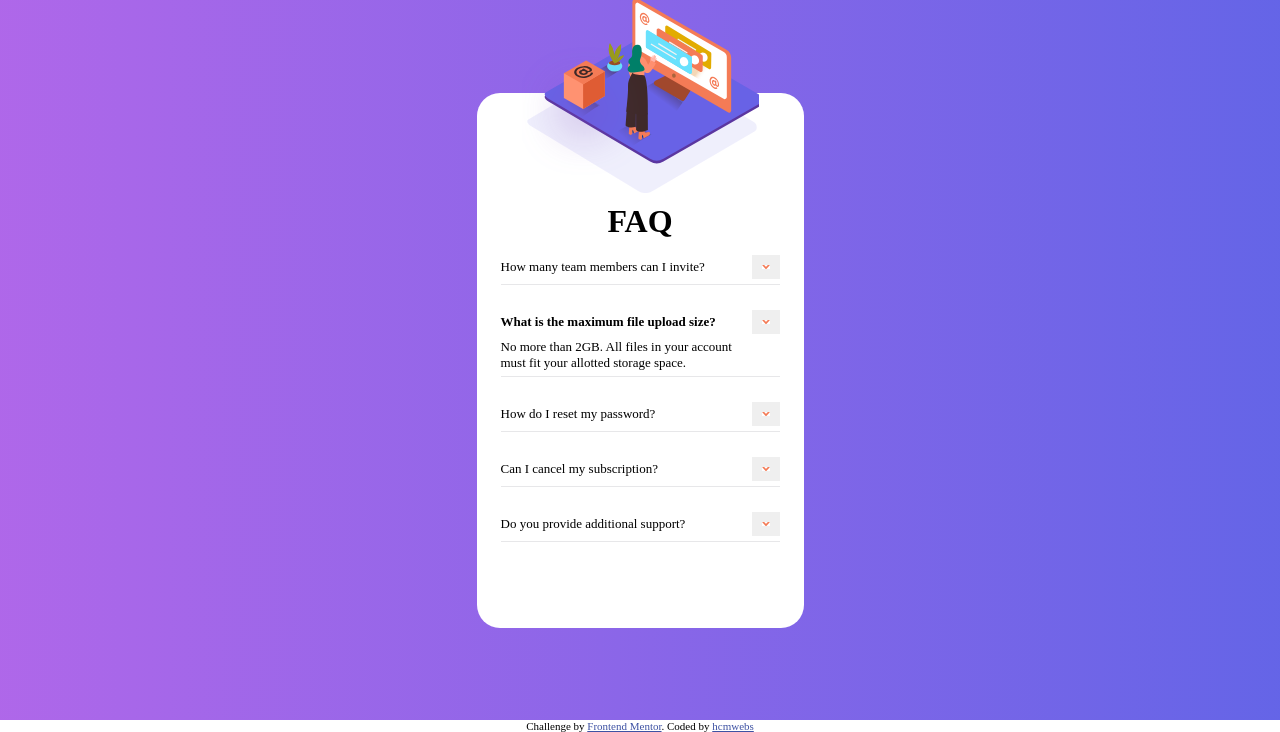
Repository: Hcmwebs/faq-accordion-card
Page: index.html
These files come from the project's save history. The page is drawn as it stood at one moment and after the next save; the edit follows.
The browser window is 1280 px wide. The pictures show the whole page.
The style sheet was rebuilt from its Sass, Less or Tailwind sources for each picture, by a compiler version that may differ from the author's.

Above is the page before, as saved 2020-11-06 12:32:50.

### index.html
<!DOCTYPE html>
<html lang="en">
  <head>
    <meta charset="UTF-8" />
    <meta name="viewport" content="width=device-width, initial-scale=1.0" />
    <!-- displays site properly based on user's device -->

    <link
      rel="icon"
      type="image/png"
      sizes="32x32"
      href="./images/favicon-32x32.png"
    />
    <link rel="stylesheet" href="css/main.min.css" />

    <title>Frontend Mentor | FAQ Accordion Card</title>

    <!-- Feel free to remove these styles or customise in your own stylesheet 👍 -->
    <style>
      .attribution {
        font-size: 11px;
        text-align: center;
      }
      .attribution a {
        color: hsl(228, 45%, 44%);
      }
    </style>
  </head>
  <body>
    <div class="container">
      <div class="card">
        <div class="card__header">
          <img
            src="/images/illustration-woman-online-mobile.svg"
            alt="image of a woman online"
          />
        </div>

        <div class="card__body">
          <h1 class="card__body--title">faq</h1>
          <div class="card__body--item">
            <div class="card__body--item--title">
              <h2>How many team members can I invite?</h2>
              <button>
                <img src="/images/icon-arrow-down.svg" alt="icon-arrow-down" />
              </button>
            </div>
            <p class="d-N">
              You can invite up to 2 additional users on the Free plan.There is
              no limit on team members for the Premium plan.
            </p>
            <div class="card__body--item--divider"></div>
          </div>

          <div class="card__body--item">
            <div class="card__body--item--title">
              <h2><strong>What is the maximum file upload size?</strong></h2>
              <button>
                <img src="/images/icon-arrow-down.svg" alt="icon-arrow-down" />
              </button>
            </div>
            <p>
              No more than 2GB. All files in your account must fit your allotted
              storage space.
            </p>
            <div class="card__body--item--divider"></div>
          </div>

          <div class="card__body--item">
            <div class="card__body--item--title">
              <h2>How do I reset my password?</h2>
              <button>
                <img src="/images/icon-arrow-down.svg" alt="icon-arrow-down" />
              </button>
            </div>
            <p class="d-N">
              Click “Forgot password” from the login page or “Change password”
              from your profile page. A reset link will be emailed to you.
            </p>
            <div class="card__body--item--divider"></div>
          </div>

          <div class="card__body--item">
            <div class="card__body--item--title">
              <h2>Can I cancel my subscription?</h2>
              <button>
                <img src="/images/icon-arrow-down.svg" alt="icon-arrow-down" />
              </button>
            </div>
            <p class="d-N">
              Yes! Send us a message and we’ll process your request no questions
              asked.
            </p>
            <div class="card__body--item--divider"></div>
          </div>

          <div class="card__body--item">
            <div class="card__body--item--title">
              <h2>Do you provide additional support?</h2>
              <button>
                <img src="/images/icon-arrow-down.svg" alt="icon-arrow-down" />
              </button>
            </div>
            <p class="d-N">
              Chat and email support is available 24/7. Phone lines are open
              during normal business hours.
            </p>
            <div class="card__body--item--divider"></div>
          </div>
        </div>
      </div>
    </div>

    <div class="attribution">
      Challenge by
      <a href="https://www.frontendmentor.io?ref=challenge" target="_blank"
        >Frontend Mentor</a
      >. Coded by
      <a
        href="https://github.com/Hcmwebs/faq-accordion-card.git"
        target="_blank"
        rel="noopener noreferrer"
        >hcmwebs</a
      >
    </div>
  </body>
</html>

### scss/main.scss

// /*====fonts====*/

// @import url('https://fonts.googleapis.com/css2?family=Kumbh+Sans:wght@400;700&display=swap');

// $font-stack: 'Kumbh Sans',sans-serif;
// $font-size: 10px;
// $font-light: 400;
// $font-bold: 700;


// /*====primary color====*/
// /*====text-color====*/

// $veryDarkDesaturatedBlue: hsl(238, 29%, 16%);
// $softRed: hsl(14, 88%, 65%);

// /*====background -gradient====*/

// $gradientSoftViolet: hsl(273, 75%, 66%);
// $gradientSoftBlue: hsl(240, 73%, 65%);

// /*====Neutral color====*/
// /*====text-color====*/

// $veryDarkGrayishBlue: hsl(237, 12%, 33%);
// $darkGrayishBlue: hsl(240, 6%, 50%);

// /*====dividers-color====*/

// $dividersLightGrayishBlue: hsl(240, 5%, 91%);

@import 'variables';
@import 'mixins';


*{
  margin: 0;
  padding: 0;
  box-sizing: border-box;
}

.body{
width: 100%;
height: 100vh;
font-family: 'Kumbh Sans',sans-serif;
font-size: $font-size;
font-weight: $font-light;
@include grid($center, $center);
}

.container{
  width: 100%;
  height: 100vh;
  background: linear-gradient(90deg,$gradientSoftViolet 0%,$gradientSoftBlue 100%);
  @include flex($column, $center, $center);

  .card{
    width: 327px;
    height:535px;
    background:#fff url(/images/bg-pattern-mobile.svg) no-repeat 50px -130px;
    background-size: 230px 230px;
    border-radius:23px;
    padding: 10px;
    @include flex($column,$center,$center);
    position: relative;


    &__header{
      width: 237px;
      height: 180px;
      position: absolute;
      top: -65px;
      transform: translateY(-30px);

      img{
        width: 100%;
        height: 100%;
        object-fit: cover;
      }

    }


    &__body{
      width: 100%;
      height: 354px;
      padding:20px;
      @include grid($center,$center);
      grid-template-columns: 1fr;
      gap: 5px;


      &--title{
      font-weight: $font-bold;
      font-size: 32px;
      text-transform: uppercase;
      margin: 0 auto;
      }

      &--item{
        width: 279px;
        margin: 0 auto;
        padding: 10px;
        @include grid($center,$center);
        gap: 5px;
        cursor: pointer;
        transition: all 0.75s ease-in-out;

        &:hover{
          transform: scale(0.98);
          box-shadow: 0 2px 20px $darkGrayishBlue;
        }


        &--title{
          width: 279px;
          @include flex($row,$spaceBetween,$center);

          h2{
            font-size: 13px;
            font-weight: $font-light;
          }

          button{
            margin-left: 20px;
            padding: 10px;
            cursor: pointer;
            border: none;
            @include grid($center,$center);
            transition: all 0.75s ease-in-out;


            img{
              width: 8px;
              height: 4px;
              display: block;
              object-fit: cover;
              color:$softRed;
              background-color:#fff;

            }

          }
        }

        p{
          width: 85%;
          font-size: 13px;
        }

        &--divider{
          width: 100%;
          height: 1px;
          background-color:$dividersLightGrayishBlue;
        }
      }

    }

  }
}

.d-N {
  display:none;
}


@import 'medias';

### scss/_variables.scss
/*====fonts====*/

@import url('https://fonts.googleapis.com/css2?family=Kumbh+Sans:wght@400;700&display=swap');

$font-stack: 'Kumbh Sans',sans-serif;
$font-size: 10px;
$font-light: 400;
$font-bold: 700;


/*====primary color====*/
/*====text-color====*/

$veryDarkDesaturatedBlue: hsl(238, 29%, 16%);
$softRed: hsl(14, 88%, 65%);

/*====background -gradient====*/

$gradientSoftViolet: hsl(273, 75%, 66%) ;
$gradientSoftBlue: hsl(240, 73%, 65%);

/*====Neutral color====*/
/*====text-color====*/

$veryDarkGrayishBlue: hsl(237, 12%, 33%);
$darkGrayishBlue: hsl(240, 6%, 50%);

/*====dividers-color====*/

$dividersLightGrayishBlue: hsl(240, 5%, 91%);


/*====alignments====*/
$flexStart: flex-start;
$flexEnd: flex-End;
$center: center;
$spaceAround: space-around;
$spaceBetween: space-between;


/*====placeItems====*/

$placeItems: place-items;


/*====justify====*/

$justify: justify-content;

/*====align====*/
$align: align-items;

/*====direction====*/
$direction: flex-direction;
$row:row;
$column:column;

### scss/_mixins.scss
/*====grid====*/
@mixin grid ($justify,$align){

  display: grid;
  justify-content: $justify;
  align-items: $align;
}

@mixin flex ($direction, $justify, $align) {
  display: flex;
  flex-direction: $direction;
  justify-content: $justify;
  align-items: $align;

}

### scss/_medias.scss
/*====Mobile: 375px;====*/
/*====Desktop: 1440px;====*/


@media(max-width: 1440px){
  .container{
    min-width: 800px;

    .card{
      background-image:url(/images/bg-pattern-desktop.svg);
    }
  }
}

@media(max-width:375px){
  .container{
    min-width:320px;
  }
}

After the next save:
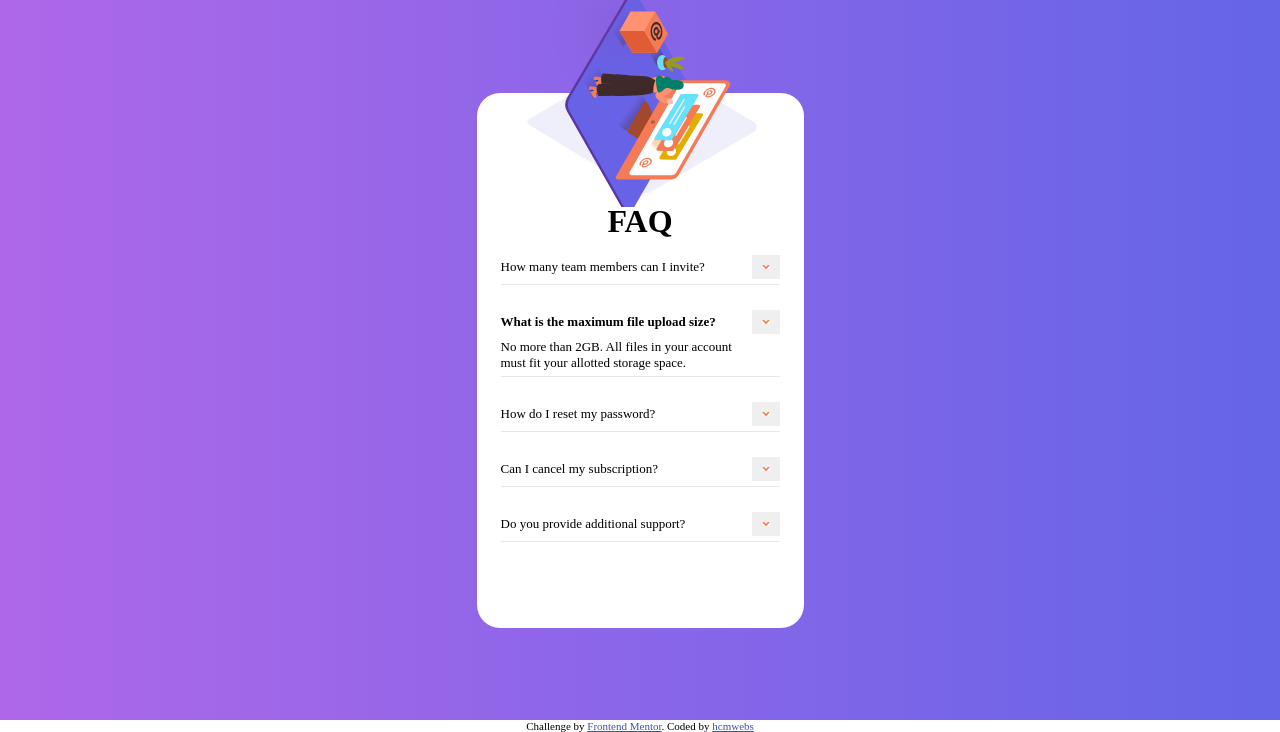
Saved 2 min 25 s later.
--- a/scss/main.scss
+++ b/scss/main.scss
@@ -77,6 +77,7 @@
         width: 100%;
         height: 100%;
         object-fit: cover;
+        transform: rotate(90deg);
       }
 
     }

After the save that followed:
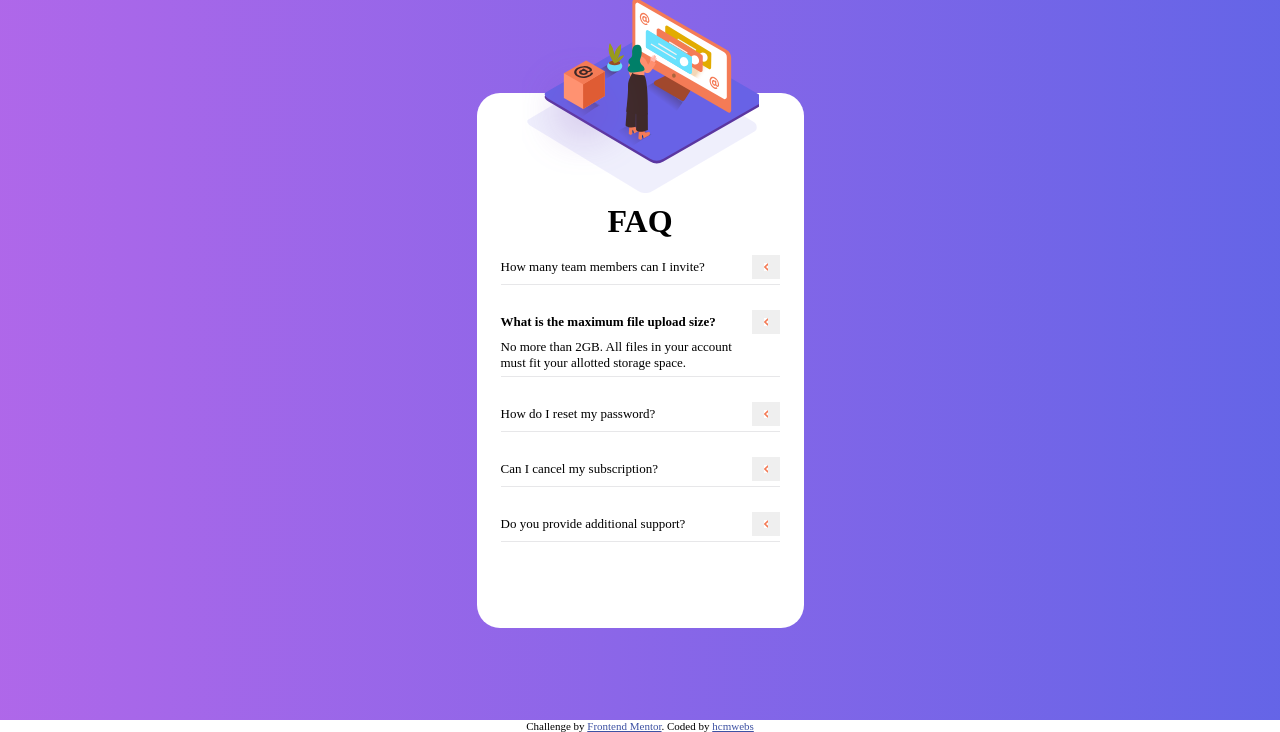
Saved 40 s later.
--- a/scss/main.scss
+++ b/scss/main.scss
@@ -77,7 +77,7 @@
         width: 100%;
         height: 100%;
         object-fit: cover;
-        transform: rotate(90deg);
+
       }
 
     }
@@ -139,6 +139,7 @@
               object-fit: cover;
               color:$softRed;
               background-color:#fff;
+              transform: rotate(90deg);
 
             }
 
